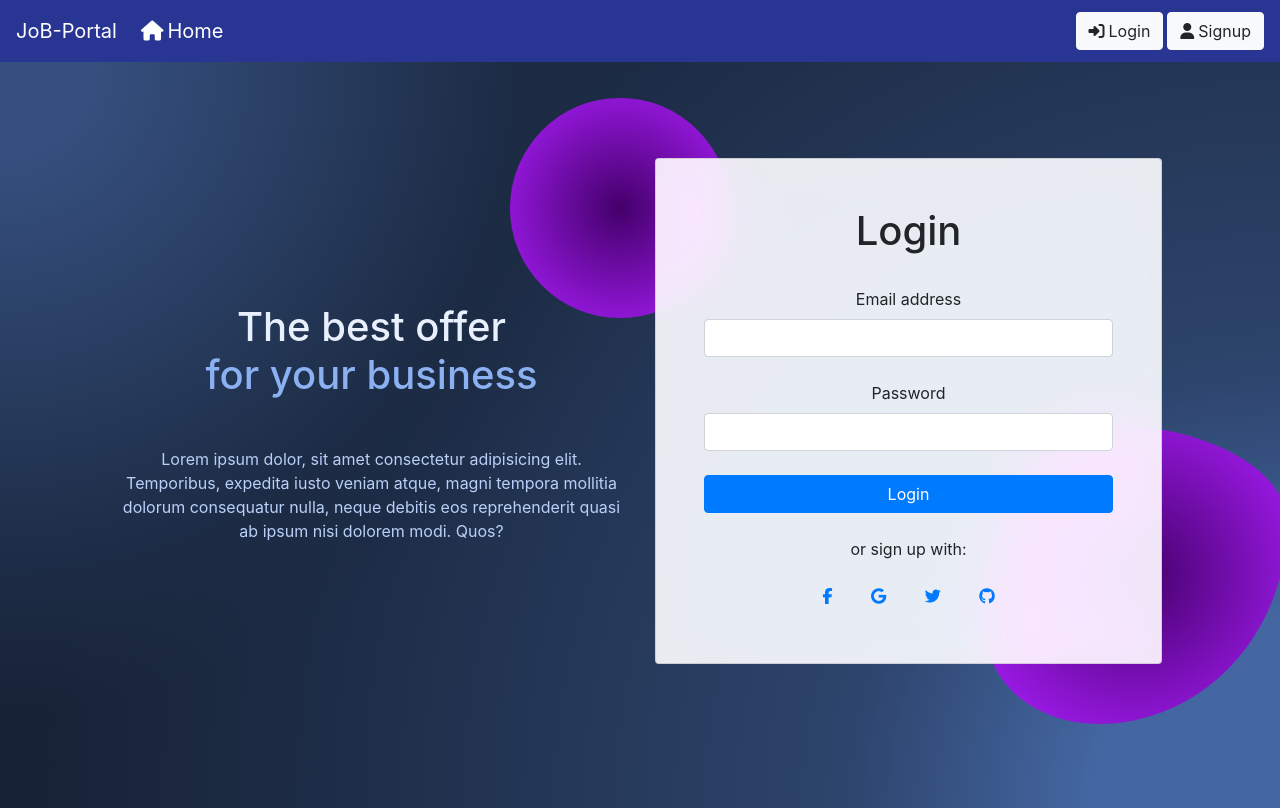
Repository: rekildo/Job-Portal-Website
Page: http://localhost/Job-Portal/login.jsp
The author's editor kept a copy of each file at every save. The page is drawn from the files as they stood at one save, then again after the next save.
The browser window is 1280 px wide. The pictures show the whole page.
The page is served by Tomcat 10. Other server files are loaded and not shown.

Above is the page before, as saved 2023-12-18 06:01:49.

### Job-Portal/src/main/webapp/login.jsp
<%@ page language="java" contentType="text/html; charset=UTF-8"
	pageEncoding="UTF-8"%>
<!DOCTYPE html>
<html>
<head>
<meta charset="UTF-8">
<title>Login Page</title>
<%@ include file="all_component/all_css.jsp"%>
<style>
.background-radial-gradient {
	background-color: hsl(218, 41%, 15%);
	background-image: radial-gradient(650px circle at 0% 0%, hsl(218, 41%, 35%)
		15%, hsl(218, 41%, 30%) 35%, hsl(218, 41%, 20%) 75%,
		hsl(218, 41%, 19%) 80%, transparent 100%),
		radial-gradient(1250px circle at 100% 100%, hsl(218, 41%, 45%) 15%,
		hsl(218, 41%, 30%) 35%, hsl(218, 41%, 20%) 75%, hsl(218, 41%, 19%) 80%,
		transparent 100%);
}

#radius-shape-1 {
	height: 220px;
	width: 220px;
	top: -60px;
	left: -130px;
	background: radial-gradient(#44006b, #ad1fff);
	overflow: hidden;
}

#radius-shape-2 {
	border-radius: 38% 62% 63% 37%/70% 33% 67% 30%;
	bottom: -60px;
	right: -110px;
	width: 300px;
	height: 300px;
	background: radial-gradient(#44006b, #ad1fff);
	overflow: hidden;
}

.bg-glass {
	background-color: hsla(0, 0%, 100%, 0.9) !important;
	backdrop-filter: saturate(200%) blur(25px);
}
</style>

</head>
<body>
	<%@include file="all_component/navbar.jsp"%>

	<!-- Section: Design Block -->
	<section class="background-radial-gradient overflow-hidden">


		<div
			class="container px-4 py-5 px-md-5 text-center text-lg-start my-5">
			<div class="row gx-lg-5 align-items-center mb-5">
				<div class="col-lg-6 mb-5 mb-lg-0" style="z-index: 10">
					<h1 class="my-5 display-5 fw-bold ls-tight"
						style="color: hsl(218, 81%, 95%)">
						The best offer <br /> <span style="color: hsl(218, 81%, 75%)">for
							your business</span>
					</h1>
					<p class="mb-4 opacity-70" style="color: hsl(218, 81%, 85%)">
						Lorem ipsum dolor, sit amet consectetur adipisicing elit.
						Temporibus, expedita iusto veniam atque, magni tempora mollitia
						dolorum consequatur nulla, neque debitis eos reprehenderit quasi
						ab ipsum nisi dolorem modi. Quos?</p>
				</div>

				<div class="col-lg-6 mb-5 mb-lg-0 position-relative">
					<div id="radius-shape-1"
						class="position-absolute rounded-circle shadow-5-strong"></div>
					<div id="radius-shape-2" class="position-absolute shadow-5-strong"></div>

					<div class="card bg-glass">
						<div class="card-body px-4 py-5 px-md-5">

							<!-- Form starts hererere #### -->
							<form action="login" method="post">


								<!-- LOGO -->
								<div class="form-outline mb-3">
									<label class="form-label font-weight-bold" for="form3Example3"><h1>Login</h1>
										</label>


								</div>

								<c:if test="${not empty succMsg }">
									<h4 class="text-center text-success">${succMsg }</h4>
									<c:remove var="succMsg" />
								</c:if>


								<!-- Email input -->
								<div class="form-outline mb-4">
									<label class="form-label" for="form3Example3">Email
										address</label> <input type="email" required="required"
										id="exampleInputEmail" name="email" class="form-control" />

								</div>

								<!-- Password input -->
								<div class="form-outline mb-4">
									<label class="form-label" for="form3Example4">Password</label>
									<input type="password" required="required"
										id="exampleInputPassword" name="password" class="form-control" />

								</div>



								<!-- Submit button -->
								<button type="submit" class="btn btn-primary btn-block mb-4">
									Login</button>

								<!-- Register buttons -->
								<div class="text-center">
									<p>or sign up with:</p>
									<button type="button" class="btn btn-link btn-floating mx-1">
										<i class="fab fa-facebook-f"></i>
									</button>

									<button type="button" class="btn btn-link btn-floating mx-1">
										<i class="fab fa-google"></i>
									</button>

									<button type="button" class="btn btn-link btn-floating mx-1">
										<i class="fab fa-twitter"></i>
									</button>

									<button type="button" class="btn btn-link btn-floating mx-1">
										<i class="fab fa-github"></i>
									</button>
								</div>
							</form>
						</div>
					</div>
				</div>
			</div>
		</div>
	</section>
	<!-- Section: Design Block -->
</body>
</html>

### Job-Portal/src/main/webapp/all_component/all_css.jsp
<link rel="stylesheet"
	href="https://cdn.jsdelivr.net/npm/bootstrap@4.6.2/dist/css/bootstrap.min.css"
	integrity="sha384-xOolHFLEh07PJGoPkLv1IbcEPTNtaed2xpHsD9ESMhqIYd0nLMwNLD69Npy4HI+N"
	crossorigin="anonymous">


<script
	src="https://cdn.jsdelivr.net/npm/jquery@3.5.1/dist/jquery.slim.min.js"
	integrity="sha384-DfXdz2htPH0lsSSs5nCTpuj/zy4C+OGpamoFVy38MVBnE+IbbVYUew+OrCXaRkfj"
	crossorigin="anonymous"></script>
<script
	src="https://cdn.jsdelivr.net/npm/bootstrap@4.6.2/dist/js/bootstrap.bundle.min.js"
	integrity="sha384-Fy6S3B9q64WdZWQUiU+q4/2Lc9npb8tCaSX9FK7E8HnRr0Jz8D6OP9dO5Vg3Q9ct"
	crossorigin="anonymous"></script>


<link rel="stylesheet"
	href="https://cdnjs.cloudflare.com/ajax/libs/font-awesome/6.5.1/css/all.min.css"
	integrity="sha512-DTOQO9RWCH3ppGqcWaEA1BIZOC6xxalwEsw9c2QQeAIftl+Vegovlnee1c9QX4TctnWMn13TZye+giMm8e2LwA=="
	crossorigin="anonymous" referrerpolicy="no-referrer" />


<link rel="stylesheet" href="all_component/style.css">

### Job-Portal/src/main/webapp/all_component/navbar.jsp
<%@ taglib prefix="c" uri="jakarta.tags.core" %>
<%@ page isELIgnored="false"%>
<nav class="navbar navbar-expand-lg navbar-dark bg-custom">
  <a class="navbar-brand" href="#">JoB-Portal</a>
  <button class="navbar-toggler" type="button" data-toggle="collapse" data-target="#navbarSupportedContent" aria-controls="navbarSupportedContent" aria-expanded="false" aria-label="Toggle navigation">
    <span class="navbar-toggler-icon"></span>
  </button>

  <div class="collapse navbar-collapse" id="navbarSupportedContent">
    <ul class="navbar-nav mr-auto">
      <li class="nav-item active">
        <a class="nav-link" href="index.jsp"><i class="fa-solid fa-house mr-1"></i>Home <span class="sr-only">(current)</span></a>
      </li>

      <!-- jstl -->
      <c:if test="${userobj.role eq 'admin'}">
	      <li class="nav-item">
	        <a class="nav-link" href="add_job.jsp"><i class="fa-solid fa-user-doctor mr-1"></i>Post Job</a>
	      </li>
	      <li class="nav-item">
	        <a class="nav-link" href="view_jobs.jsp"><i class="fa-solid fa-street-view mr-1"></i>View Job</a>
	      </li>
	  </c:if>


    </ul>
    <form class="form-inline my-2 my-lg-0">
    <c:if test="${userobj.role eq 'admin' }">
    	<a href="login.jsp" class="btn btn-light mr-1"><i class="fa-solid fa-user mr-1"></i>Admin</a>
      <a href="#" class="btn btn-light"><i class="fa-solid fa-right-to-bracket mr-1"></i>Logout</a>

    </c:if>

    <c:if test="${empty userobj }">
    	<a href="login.jsp" class="btn btn-light mr-1"><i class="fa-solid fa-right-to-bracket mr-1"></i>Login</a>
      <a href="signup.jsp" class="btn btn-light"><i class="fa-solid fa-user mr-1"></i>Signup</a>

    </c:if>

    </form>
  </div>
</nav>

### Job-Portal/src/main/webapp/all_component/style.css
.bg-custom{
	background: #283593 !important;
}

.navbar .nav-item .nav-link{
	font-size: 20px;
	color:white;
}

.navbar .nav-item:hover .nav-link{
	background: white;
	color:black;
	border-radius: 10px;
}

After the next save:
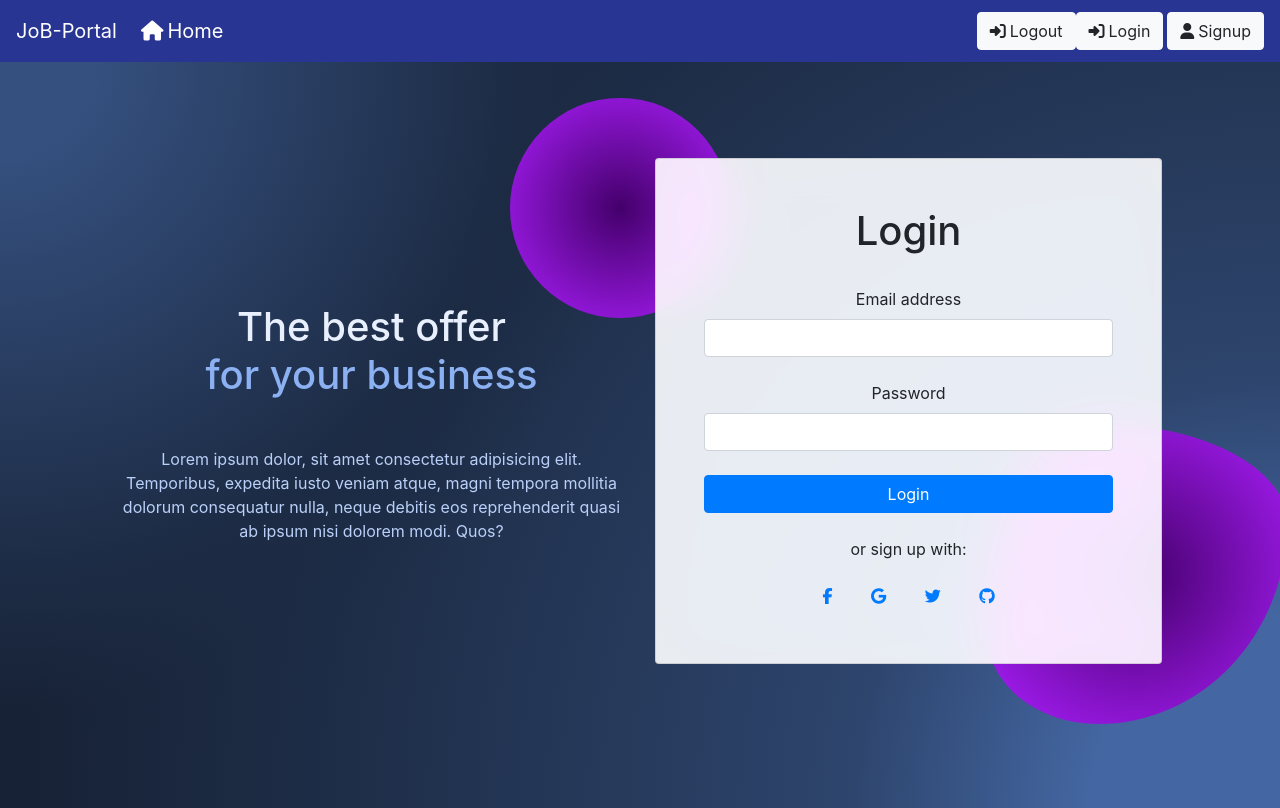
Saved 29 s later.
--- a/Job-Portal/src/main/webapp/all_component/navbar.jsp
+++ b/Job-Portal/src/main/webapp/all_component/navbar.jsp
@@ -27,9 +27,11 @@
     <form class="form-inline my-2 my-lg-0">
     <c:if test="${userobj.role eq 'admin' }">
     	<a href="login.jsp" class="btn btn-light mr-1"><i class="fa-solid fa-user mr-1"></i>Admin</a>
+
+      </c:if>
       <a href="#" class="btn btn-light"><i class="fa-solid fa-right-to-bracket mr-1"></i>Logout</a>
 
-    </c:if>
+
 
     <c:if test="${empty userobj }">
     	<a href="login.jsp" class="btn btn-light mr-1"><i class="fa-solid fa-right-to-bracket mr-1"></i>Login</a>

After the 4 saves that followed:
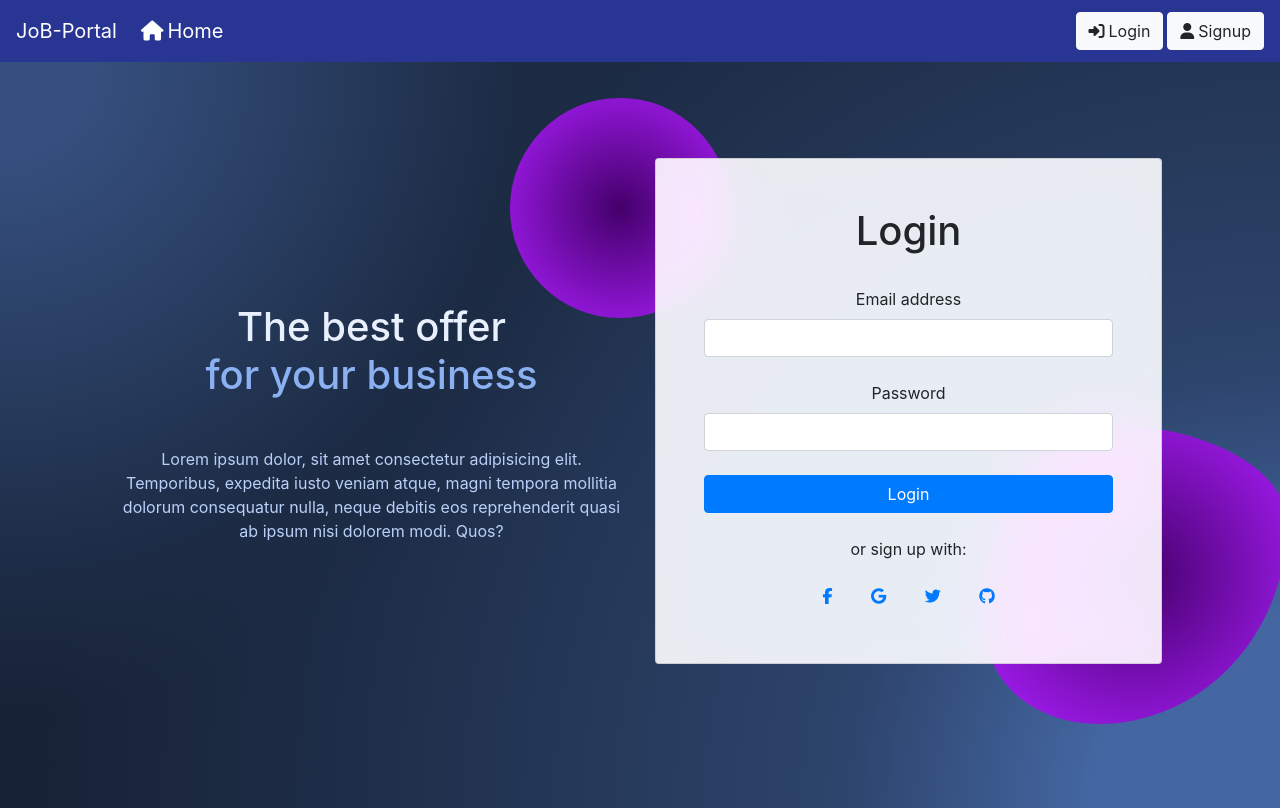
The 4 saves are shown as one change because 3 left the picture as it was.
The last was saved 119 s later.
--- a/Job-Portal/src/main/webapp/all_component/navbar.jsp
+++ b/Job-Portal/src/main/webapp/all_component/navbar.jsp
@@ -27,9 +27,16 @@
     <form class="form-inline my-2 my-lg-0">
     <c:if test="${userobj.role eq 'admin' }">
     	<a href="login.jsp" class="btn btn-light mr-1"><i class="fa-solid fa-user mr-1"></i>Admin</a>
+      <a href="logout" class="btn btn-light"><i class="fa-solid fa-right-to-bracket mr-1"></i>Logout</a>
+      </c:if>
 
+
+      <c:if test="${userobj.role eq 'user' }">
+    	<a href="login.jsp" class="btn btn-light mr-1"><i class="fa-solid fa-user mr-1"></i>${userobj.name }</a>
+      <a href="logout" class="btn btn-light"><i class="fa-solid fa-right-to-bracket mr-1"></i>Logout</a>
       </c:if>
-      <a href="#" class="btn btn-light"><i class="fa-solid fa-right-to-bracket mr-1"></i>Logout</a>
+
+
 
 
 
